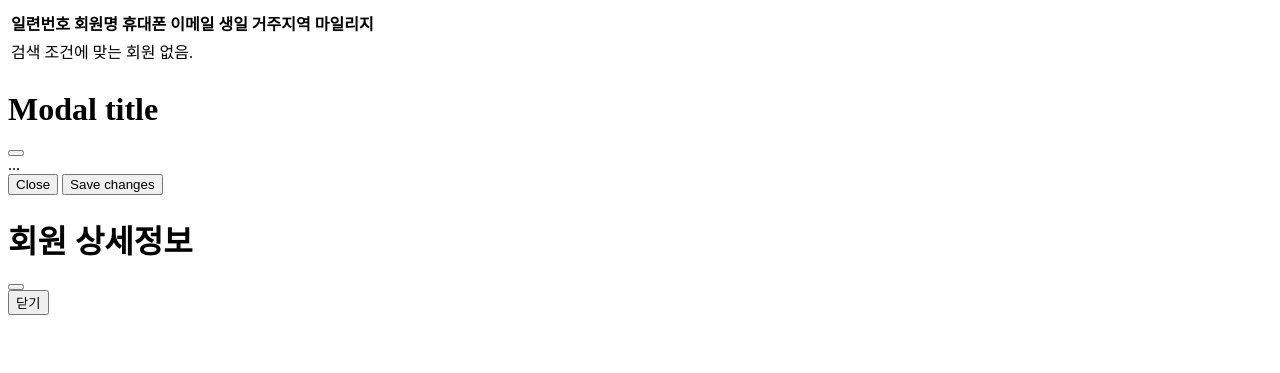
Repository: hoseolkim/restart
Page: http://localhost/WebStudy03_Mybatis/WEB-INF/views/member/memberList.jsp
An editor plug-in stored every save of this project. The page is shown before and after the next save, followed by the edit.
The browser window is 1280 px wide. The pictures show the whole page.
The page is served by Tomcat 9. Nobody is signed in. Other server files are loaded and not shown. The template is opened directly, without the code that normally fills it, so the values that code supplies are empty.

Above is the page before, as saved 2023-10-04 07:30:58.
Console error: ReferenceError: $ is not defined

### WebStudy03_Mybatis/src/main/webapp/WEB-INF/views/member/memberList.jsp
<%@ page language="java" contentType="text/html; charset=UTF-8"
    pageEncoding="UTF-8"%>
<%@ taglib uri="http://java.sun.com/jsp/jstl/core" prefix="c" %>
<table class="table table-bordered">
	<thead>
		<tr>
			<th>일련번호</th>
			<th>회원명</th>
			<th>휴대폰</th>
			<th>이메일</th>
			<th>생일</th>
			<th>거주지역</th>
			<th>마일리지</th>
		</tr>
	</thead>
	<tbody>
		<c:set value="${paging.dataList }" var="memberList" />
		<c:if test="${empty memberList }">
			<tr>
				<td colspan="5">검색 조건에 맞는 회원 없음.</td>
			</tr>
		</c:if>
		<c:if test="${not empty memberList }">
			<c:forEach items="${memberList }" var="member">
				<tr data-mem-id="${member.memId}" data-bs-toggle="modal" data-bs-target="#exampleModal">
					<td>${member.rnum }</td>
					<td>${member.memName }[${member.prodCount }]</td>
					<td>${member.memHp }</td>
					<td>${member.memMail }</td>
					<td>${member.memBir }</td>
					<td>${member.memAdd1 }</td>
					<td>${member.memMileage }</td>
				</tr>
			</c:forEach>
		</c:if>
	</tbody>
	<tfoot>
		<tr>
			<td colspan="7">
				${paging.pagingHTML }
			</td>
		</tr>
	</tfoot>
</table>
<!-- Modal -->
<div class="modal fade" id="exampleModal" tabindex="-1" aria-labelledby="exampleModalLabel" aria-hidden="true">
  <div class="modal-dialog">
    <div class="modal-content">
      <div class="modal-header">
        <h1 class="modal-title fs-5" id="exampleModalLabel">Modal title</h1>
        <button type="button" class="btn-close" data-bs-dismiss="modal" aria-label="Close"></button>
      </div>
      <div class="modal-body">
        ...
      </div>
      <div class="modal-footer">
        <button type="button" class="btn btn-secondary" data-bs-dismiss="modal">Close</button>
        <button type="button" class="btn btn-primary">Save changes</button>
      </div>
    </div>
  </div>
</div>
<!-- 내가 작성한 것 -->
<div class="modal fade" id="memberDetailModal" tabindex="-1" aria-labelledby="memberModal" aria-hidden="true">
  <div class="modal-dialog">
    <div class="modal-content">
      <div class="modal-header">
        <h1 class="modal-title fs-5" id="memberModal">회원 상세정보</h1>
        <button type="button" class="btn-close" data-bs-dismiss="modal" aria-label="Close"></button>
      </div>
      <div class="modal-body" id="memberDetailArea">

      </div>
      <div class="modal-footer">
        <button type="button" class="btn btn-secondary" data-bs-dismiss="modal">닫기</button>
      </div>
    </div>
  </div>
</div>
<script>
	function fn_paging(page){
		location.href = "?page="+page;
	}


	// Event-Driven-Development
	$(exampleModal).on('show.bs.modal',function(event){
		let $modal = $(this);
		let trTag = event.relatedTarget;
		let who = $(trTag).data('memId');
// 		location.href = "${pageContext.request.contextPath}/member/memberView.do?who="+who;
		let url = "${pageContext.request.contextPath}/member/memberView.do?who=" + who ;
		$.get(url)
			.done(function(resp){
				$modal.find('.modal-body').html(resp);
			})
	}).on('hidden.bs.modal',function(event){
		$(this).find('.modal-body').empty();
	});

 </script>

<%-- <script src="${pageContext.request.contextPath }/resources/js/app/member/member.js"></script> --%>

After the next save:
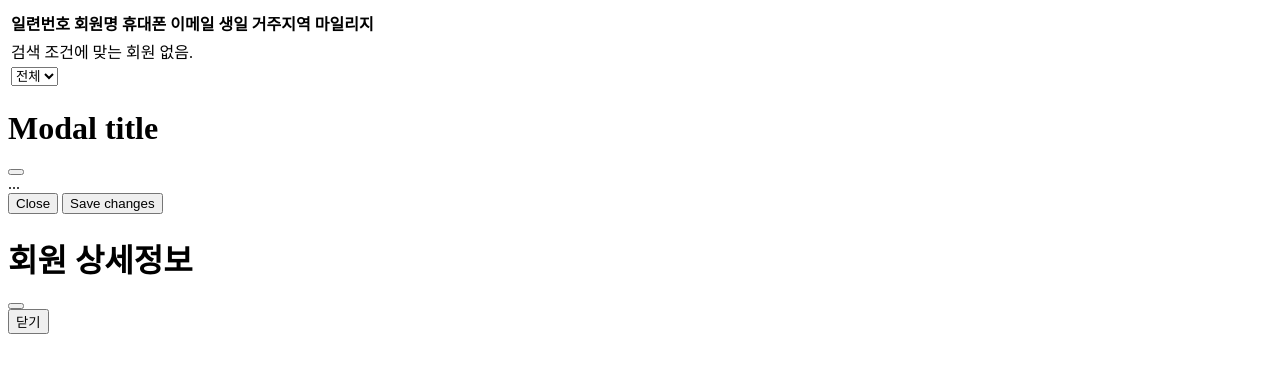
Saved 5 min 16 s later.
--- a/WebStudy03_Mybatis/src/main/webapp/WEB-INF/views/member/memberList.jsp
+++ b/WebStudy03_Mybatis/src/main/webapp/WEB-INF/views/member/memberList.jsp
@@ -38,6 +38,13 @@
 		<tr>
 			<td colspan="7">
 				${paging.pagingHTML }
+				<div id="searchUI">
+					<select>
+						<option value>전체</option>
+						<option value="name">이름</option>
+						<option value="address">지역</option>
+					</select>
+				</div>
 			</td>
 		</tr>
 	</tfoot>
